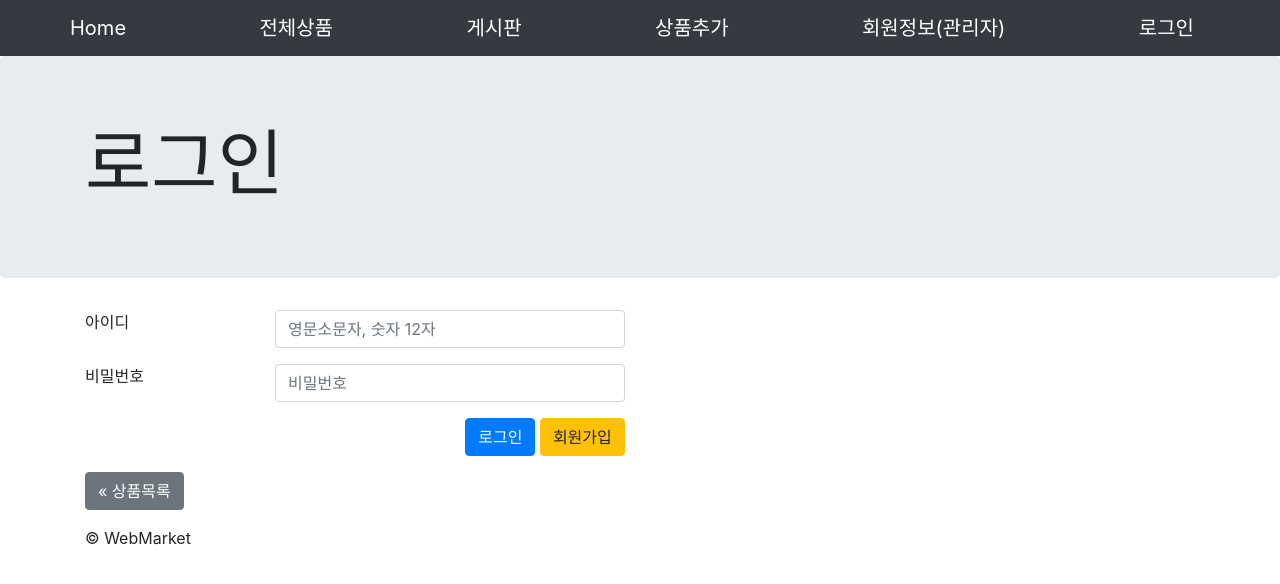
Repository: davisbyun/ai
Page: http://localhost/WebMarket/member/login.jsp
An editor plug-in stored every save of this project. The page is shown before and after the next save, followed by the edit.
The browser window is 1280 px wide. The pictures show the whole page.
The page is served by Tomcat 9. Other server files are loaded and not shown.

Above is the page before, as saved 2024-01-29 06:22:37.

### WebMarket/src/main/webapp/member/login.jsp
<%@ page language="java" contentType="text/html; charset=UTF-8"
    pageEncoding="UTF-8"%>
<%@ page import="java.net.*" %>
<!DOCTYPE html>
<html>
<head>
<meta charset="UTF-8">
<title> ./member/login.jsp </title>
<link rel="stylesheet" href="./css/bootstrap.min.css" />

</head>
<body>
  <jsp:include page="../menu.jsp"></jsp:include>
  <div class="jumbotron">
    <div class="container">
        <h1 class="display-3"> 로그인 </h1>
    </div>
  </div>
  <div class="container">
     <form action="processlogin.jsp"  name="login" class="form-horizontal"  method="post">

         <div class="form-group row">
            <label class="col-sm-2 f1"> 아이디 </label>
            <div class="col-sm-4">
                <input type="text" name="id" id="id" placeholder="영문소문자, 숫자 12자"  class="form-control">
            </div>
         </div>

         <div class="form-group row">
            <label class="col-sm-2 f1"> 비밀번호 </label>
            <div class="col-sm-4">
                <input type="password" name="pwd"  id="pwd"  placeholder="비밀번호" class="form-control">
            </div>
         </div>
                  <div class="form-group row">
            <div class="col-sm-offset-2  col-sm-10  col  text-center">
                <input type="submit"  class="btn btn-primary f1" value="로그인" >
               <a href="join.jsp" class="btn btn-warning">  회원가입 </a>
            </div>
         </div>

    </form>
  </div>

  <div class ="container">
     <p> <a href="products.jsp"  class="btn btn-secondary"> &laquo; 상품목록 </a>
  </div>
  <jsp:include page="../footer.jsp"></jsp:include>

</body>
</html>

### WebMarket/src/main/webapp/menu.jsp
<%@ page language="java" contentType="text/html; charset=UTF-8"
    pageEncoding="UTF-8"%>
<!DOCTYPE html>
<html>
<head>
<meta charset="UTF-8">
<title>Insert title here</title>
<link rel="stylesheet" href="https://cdn.jsdelivr.net/npm/bootstrap@4.0.0/dist/css/bootstrap.min.css" integrity="sha384-Gn5384xqQ1aoWXA+058RXPxPg6fy4IWvTNh0E263XmFcJlSAwiGgFAW/dAiS6JXm" crossorigin="anonymous">
</head>
<body>
	 <nav class="navbar navbar-expand navbar-dark bg-dark">
    <div class="container">
        <div class="navbar-header">
            <a class="navbar-brand" href="/WebMarket/welcome.jsp">Home</a>
        </div>
        <div class="navbar-header">
            <a class="navbar-brand" href="/WebMarket/products.jsp">전체상품</a>
        </div>
        <div class="navbar-header">
            <a class="navbar-brand" href="/WebMarket/products.jsp">게시판</a>
        </div>
        <div class="navbar-header">
            <a class="navbar-brand" href="/WebMarket/addProduct.jsp">상품추가</a>
        </div>
        <div class="navbar-header">
             <a class="navbar-brand" href="/WebMarket/member/memberInfo.jsp">회원정보(관리자)</a>
         </div>
         <%
            //세션 가져오기
            String name = (String)session.getAttribute("name");
         	String id = (String )session.getAttribute("id");
         	String loginOk = "로그인";
         	if( name != null ) {
         		loginOk = name + "님 ";
         %>
         <div class="navbar-header">
         	<div class="text-white"> <h5><%=loginOk %> </h5>&nbsp;&nbsp;
             <a class="navbar-brand" href="/WebMarket/member/logOut.jsp"> 로그아웃 </a>
         </div>
         </div>

         <%

         	}else {
         		loginOk = "로그인";
         %>
         <div class="navbar-header">
             <a class="navbar-brand" href="/WebMarket/member/login.jsp"><%= loginOk %></a>
         </div>
         <%
         	}
         %>

     </div>
   </nav>
</body>
</html>

### WebMarket/src/main/webapp/footer.jsp
<%@ page language="java" contentType="text/html; charset=UTF-8"
    pageEncoding="UTF-8"%>
<!DOCTYPE html>
<html>
<head>
<meta charset="UTF-8">
<title>Insert title here</title>
 <link rel="stylesheet" href="https://cdn.jsdelivr.net/npm/bootstrap@4.0.0/dist/css/bootstrap.min.css" integrity="sha384-Gn5384xqQ1aoWXA+058RXPxPg6fy4IWvTNh0E263XmFcJlSAwiGgFAW/dAiS6JXm" crossorigin="anonymous">
</head>
<body>
     <footer class="container">
	    <p>&copy; WebMarket</p>
	 </footer>
</body>
</html>

Loaded but not shown: WebMarket/src/main/webapp/css/bootstrap.min.css (library)

After the next save:
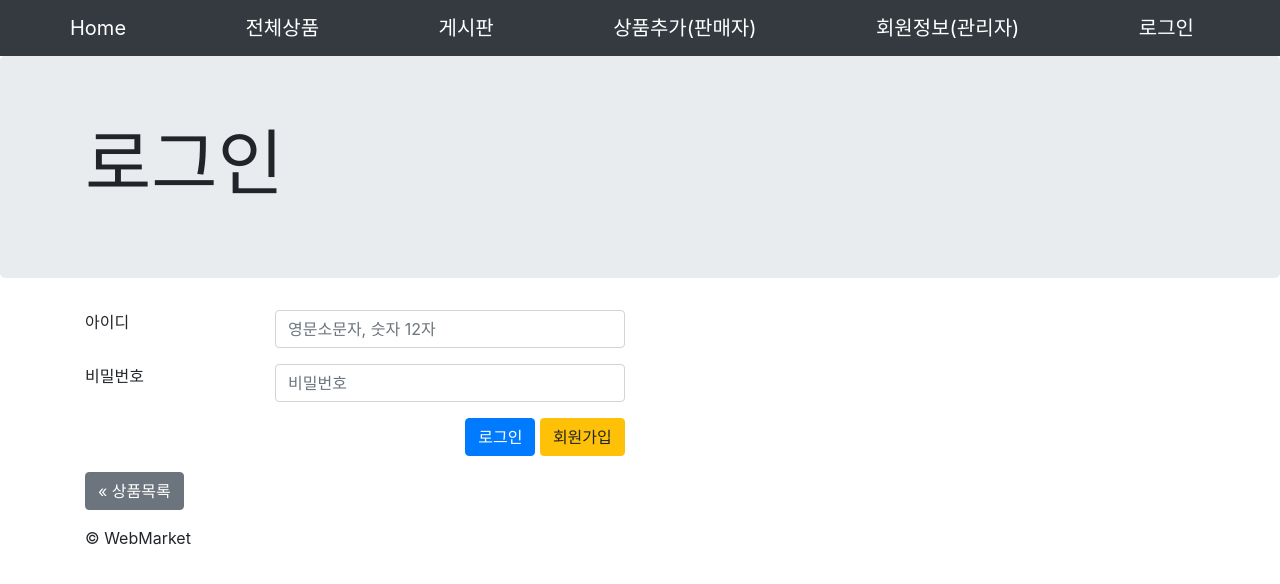
Saved 42 s later.
--- a/WebMarket/src/main/webapp/menu.jsp
+++ b/WebMarket/src/main/webapp/menu.jsp
@@ -17,10 +17,10 @@
             <a class="navbar-brand" href="/WebMarket/products.jsp">전체상품</a>
         </div>
         <div class="navbar-header">
-            <a class="navbar-brand" href="/WebMarket/products.jsp">게시판</a>
+            <a class="navbar-brand" href="/WebMarket/board/boards.jsp">게시판</a>
         </div>
         <div class="navbar-header">
-            <a class="navbar-brand" href="/WebMarket/addProduct.jsp">상품추가</a>
+            <a class="navbar-brand" href="/WebMarket/addProduct.jsp">상품추가(판매자)</a>
         </div>
         <div class="navbar-header">
              <a class="navbar-brand" href="/WebMarket/member/memberInfo.jsp">회원정보(관리자)</a>
